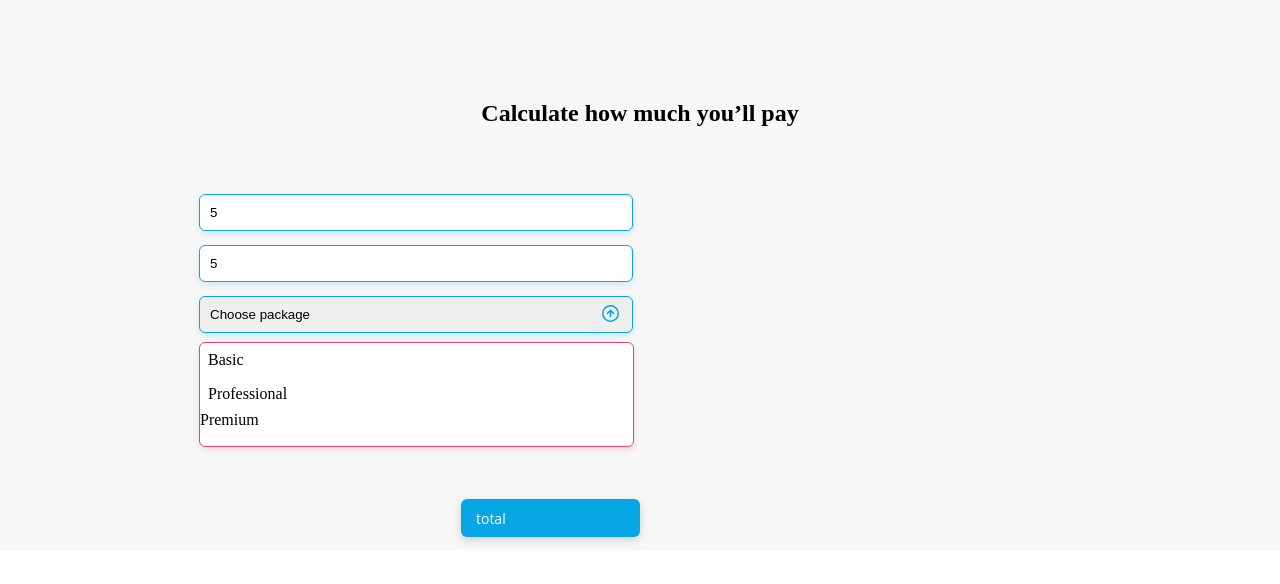
Repository: VolodymyrDubnytskyi/BestShop_project
Page: inedx2.html
An editor plug-in stored every save of this project. The page is shown before and after the next save, followed by the edit.
The browser window is 1280 px wide. The pictures show the whole page.
Empty fields were first filled with sample values (such as "Sample", 5 or name@example.com).
After loading, the first visible `#package` was clicked once.

Above is the page before, as saved 2020-01-03 21:08:57.

### inedx2.html
<!DOCTYPE html>
<html lang="en">

<head>
    <meta charset="UTF-8">
    <meta name="viewport" content="width=device-width, initial-scale=1.0">
    <meta http-equiv="X-UA-Compatible" content="ie=edge">
    <title>Document</title>

    <link rel="stylesheet" href="css/style.css">

</head>

<body>
    <div class="calculate-bg">
        <section class="calculate-main">
            <h2 class="calculate-heading">Calculate how much you’ll pay</h2>
            <form action="" class="calculate-form">

                <div class="calculate-box calculate-box-inputs">
                    <input type="number" name="productsQuantity" id="quantity">
                    <input type="number" name="ordersInmonth" id="inMonth">
                    <div class="custom-select-box">
                        <select name="package" id="package" class="selcet-package" aria-placeholder="Products quantity">
                                <option class="disable-option" disabled selected> Choose package</option>
                                <option value="basic">Basic</option>
                                <option value="professional">Professional</option>
                                <option value="premium">Premium</option>
                        </select>
                    </div>

                    <label class="container-new-chekbox">
                        <input type="checkbox" id="checkboxAccounting">
                        <span class="checkmark"></span>
                        Accounting
                    </label>
                    <label class="container-new-chekbox">
                        <input type="checkbox" name="" id="checkboxRental">
                        <span class="checkmark"></span>
                        Rental of a payment terminal
                    </label>

                    <button id="submit" class="btn-submit"> <span class="spant-total-btn">total</span><span
                            class="for-new-el"></span></button>

                </div>
            </form>
            <div class="calculate-box calculate-box-value">
                <div id="valueProducts">
                    <span id="products"></span>
                    <span id="productsCalculate"></span>
                    <span id="productsSum"></span>
                </div>
                <div id="valueOrders">
                    <span class="orders"></span>
                    <span class="ordersCalculate"></span>
                    <span class="ordersSum"></span>
                </div>
                <div id="valuePackage">
                    <span class="selectPackage"></span>
                    <span class="selectPackageCalculate"></span>
                    <span class=' selectPackageSum'></span>
                </div>
                <div id="valueAccounting">
                    <span class="accounting"></span>
                    <span class="accountingSum"></span>
                </div>
                <div id="valueTerminal">
                    <span class="terminal"></span>
                    <span class="terminalSum"></span>
                </div>
            </div>

        </section>

    </div>
    <script src="js/main.js"></script>
</body>

</html>

### css/style.css
* {
  box-sizing: border-box;
  text-decoration: none;
  margin: 0;
  padding: 0;
}

/* * HEADER SECTION */
header {
  background: url(../img/Background.png) no-repeat center bottom/contain;
  height: 912px;
  width: 100%;
}
.navbar-container {
  display: flex;
  justify-content: space-between;
  align-items: center;
  height: 100%;
}
.container {
  max-width: 1354px;
  margin: auto;
}
.navbar {
  background: #ffffff 0% 0% no-repeat padding-box;
  box-shadow: 0px 3px 6px #00000029;
  height: 70px;
  margin-bottom: 138px;
}
.ul-list-nav {
  display: flex;
}
.ul-list-nav li {
  margin: 0 47px;
}
.ul-list-nav li:last-child {
  margin-right: 0;
}
.ul-list-nav li a {
  font: Bold 11px/15px "Open Sans";
  letter-spacing: 3.28px;
  color: #a5a5a5;
  text-transform: uppercase;
  padding: 28px 0 25px 0;
}
.ul-list-nav li a:hover {
  border: none;
  border-bottom: 4px solid #08a6e4;
  color: #000;
}
.logo {
  text-align: left;
  font-size: 32px;
  font-family: "Raleway", sans-serif;
  letter-spacing: 0;
  color: #08a6e4;
  line-height: 38px;
}
/* rwd nav */
@media (max-width: 1200px) {
  .ul-list-nav li {
    margin: 0 27px;
  }
}

/* *Bg-img + h1 content */
.section-for-h1 {
  display: flex;
  justify-content: center;
  align-items: flex-start;
}
h1 {
  text-align: center;
  font: 49px/59px;
  font-size: 49px;
  line-height: 59px;
  font-weight: 550;
  font-family: "Raleway", sans-serif;
  letter-spacing: 0;
  color: #000000;
}
.text-under-h1-line {
  text-align: center;
  font: 400 16px/22px "Open Sans";
  letter-spacing: 0;
  color: #000000;
  margin: 20px 0 38px 0;
}
.open-your-shop-btn {
  background: #08a6e4 0% 0% no-repeat padding-box;
  box-shadow: 5px 10px 14px #07ace629;
  border-radius: 40px;
  font: Bold 16px/22px "Open Sans";
  letter-spacing: 0;
  color: #fff;
  padding: 23px 157px;
}
.open-your-shop-btn:hover {
  background: rgb(7, 134, 184);
  box-shadow: 5px 10px 14px rgba(5, 124, 167, 0.394);
}
/* bg-img */
.sales-platform {
  text-align: center;
  height: 454px;
}
.sales-platform-main-box {
  display: flex;
  justify-content: space-around;
  margin-top: 100px;
}
.sales-platform-boxes {
  position: relative;
  width: 167px;
  height: 176px;
}
.sales-platform-boxes * {
  padding: 10px;
}
.sales-platform-heading {
  flex-basis: 100%;
  text-align: center;
  font: 400 36px/43px "Raleway";
  letter-spacing: 0;
  color: #000000;
}

.circle {
  height: 62px;
  width: 62px;
  border-radius: 50%;
  margin: 10px auto;
}
.circle-red {
  background: #fb3b64 0% 0% no-repeat padding-box;
}
.circle-blue {
  background: #08a6e4 0% 0% no-repeat padding-box;
}
.circle-green {
  background: #55dfb4 0% 0% no-repeat padding-box;
}
/* icons absolute */
.img-absolut {
  position: absolute;
  right: 26px;
  top: 7px;
}
.absotul-img-mid {
  top: 12px;
}

.sales-platform-box-content {
  text-align: center;
  font: 400 17px/20px "Raleway";
  letter-spacing: 0;
  color: #a5a5a5;
}
/* Main */
main {
  background: #f7f7f7 0% 0% no-repeat padding-box;
  height: 1395px;
}
main hr {
  width: 328px;
  height: 0px;
  margin-left: 35px;
}
main h2 {
  text-align: left;
  font: 550 36px/43px "Raleway";
  letter-spacing: 0;
  color: #000000;
}
main p {
  text-align: left;
  font: 400 16px/22px "Open Sans";
  letter-spacing: 0;
  color: #000000;
}
.main-content-boxes {
  height: 370px;
  width: 100%;
  display: flex;
  background-color: #fff;
  margin-bottom: 37px;
  border: 1px solid #e8e9ed;
  border-radius: 5px;
}
.main-content-boxes:last-child {
  margin: 0;
}
.main-content-container {
  max-width: 1354px;
  height: 100%;
  padding: 105px 115px;
}
.main-content-info-box {
  width: 50%;
}
.main-content-img-box {
  width: 50%;
  position: relative;
  display: flex;
  justify-content: center;
}
.rhombus-div {
  width: 180px;
  height: 180px;
  transform: matrix(0.71, 0.71, -0.71, 0.71, 0, 0);
  background: #fb3b64 0% 0% no-repeat padding-box;
  border-radius: 41px;
  margin-left: 229px;
  margin-top: 68px;
}
.main-content-info-box h2 {
  padding: 97px 0 0 35px;
}
.main-content-info-box p {
  padding: 30px 133px 50px 35px;
}
.main-content-img {
  position: absolute;
  bottom: 0;
  padding-bottom: 10%;
}
.hr-for-first-box {
  border: 4px solid #fb3b64;
}
/* main rwd */
@media (max-width: 1200px) {
  .main-content-container {
    padding: 30px;
  }
}
@media (min-width: 800px) {
  /* .rhombus-div   */
}
/* Acrticle 2 in main ceontent */
.blue-circle {
  width: 320px;
  height: 320px;
  background: #07ace6 0% 0% no-repeat padding-box;
  border-radius: 50%;
}
.main-content-boxes .main-content-img-box:nth-child(1) {
  align-items: center;
  justify-content: center;
}
.main-content-img-phone {
  padding: 0;
  right: 0;
}
h2.main-h2-second-arcticle {
  padding: 75px 198px 0 35px;
}
.hr-for-second-box {
  border: 4px solid #08a6e4;
}
/* LAST BOXES */
.main-content-boxes-split-for-two {
  background-color: #f7f7f7;
  border: none;
}
.maint-contet-last-box-one {
  width: 623px;
  height: 370px;
  margin-right: 70px;
  background-color: #fff;
  border: 1px solid #e8e9ed;
  border-radius: 5px;
}
.maint-contet-last-box-second {
  width: 440px;
  height: 370px;
  background-color: #fff;
  border: 1px solid #e8e9ed;
  border-radius: 5px;
  background: #55dfb4 0% 0%;
  display: flex;
  justify-content: center;
  align-items: center;
}
.maint-contet-last-box-one > h2 {
  padding: 97px 159px 0 35px;
}
.maint-contet-last-box-one > p {
  padding: 30px 15px 40px 35px;
}
.maint-contet-last-box-one > hr {
  border: 4px solid #55dfb4;
}
/* FOOTER: SECTION WHITH PRICES AND FORM */
.pricing-section {
  text-align: center;
}
.pricing-section h2 {
  text-align: center;
  font: 400 36px/43px "Raleway";
  letter-spacing: 0;
  color: #000000;
  margin-top: 106px;
}
.pricing-box-main {
  display: flex;
  justify-content: space-around;
  align-items: center;
  height: 100%;
  margin-top: 50px;
}
.pricing-box-main .pricing-box:first-child {
  border: 1px solid #fb3b64;
}
.pricing-box-main .pricing-box:nth-child(2) {
  border: 1px solid #07ace6;
}
.pricing-box-main .pricing-box:last-child {
  border: 1px solid #55dfb4;
}
.pricing-box {
  height: 461px;
  width: 372px;
  border-radius: 18px;
  display: flex;
  flex-direction: column;
  justify-content: center;
  align-items: center;
}
.pricing-box h3 {
  text-align: left;
  font: Bold 20px/41px "Raleway";
  letter-spacing: 0;
  color: #13253b;
}
.pricing-box h4 {
  text-align: left;
  font: 300 46px/41px "Open Sans";
  letter-spacing: 0;
  color: #fb3b64;
  margin: 15px 0 60px 0;
}
.pricing-box-professional h4 {
  color: #07ace6;
}
.pricing-box-premium h4 {
  color: #55dfb4;
}

.pricing-box-content::before,
.pricing-box-content-dont-ofer::before {
  content: "\f00c";
  font-size: 6px;
  font-weight: bold;
  font-family: "Font Awesome 5 Free";
  border: 1px solid #55dfb4;
  margin-right: 7px;
  padding: 2px;
  border-radius: 2px;
  color: #55dfb4;
}
.pricing-box-content-dont-ofer::before {
  content: "\f00d";
  border: 1px solid #eb476e;
  color: #eb476e;
}
.pricing-box-content {
  font: 400 14px/41px "Open Sans";
  letter-spacing: 0;
  color: #000000;
}
.pricing-box .heading-after-limited-offer::after {
  content: "limited ofer";
  font: Bold 12px/1px "Raleway";
  letter-spacing: 0;
  color: #13253b;
  display: block;
  margin-top: 7px;
}
.pricing-box-professional {
  height: 500px;
  width: 405px;
  box-shadow: 5px 10px 27px #07ace629;
}
.pricing-box-professional:hover {
  box-shadow: 5px 10px 34px rgba(6, 125, 169, 0.401);
}
.pricing-box-main .pricing-box-basic:hover {
  box-shadow: 0px 5px 15px #fb3b64;
}
.pricing-box-main .pricing-box-premium:hover {
  box-shadow: 0px 5px 15px #55dfb4;
}
.begin-links {
  text-align: left;
  font: Bold 13px/41px "Open Sans";
  letter-spacing: 0;
  color: #ffffff;
  background: #eb476e 0% 0% no-repeat padding-box;
  border-radius: 23px;
  width: 150px;
  padding: 2px;
  text-align: center;
  position: relative;
  top: 40px;
}
.begin-links-professional {
  top: 59px;
  background: #07ace6;
  box-shadow: 5px 10px 14px #07ace629;
}
.begin-links-premium {
  background: #55dfb4;
}
.begin-links-basic:hover {
  background: linear-gradient(rgb(184, 56, 86), #eb476e);
}
.begin-links-professional:hover {
  background: linear-gradient(rgb(5, 111, 150), #07ace6);
}
.begin-links-premium:hover {
  background: linear-gradient(rgb(61, 165, 132), #55dfb4);
}

/* * FORM AND CONTACT SECTION */
.form-main {
  height: 721px;
  display: flex;
  justify-content: center;
  align-items: center;
}
.form-and-questions-box {
  display: flex;
  width: 896px;
}
.questions-box {
  display: flex;
  flex-wrap: wrap;
  flex-basis: 50%;
  height: 210px;
}
.form-box {
  flex-basis: 50%;
}
.form-box form {
  flex-basis: 50%;
  display: flex;
  flex-direction: column;
}
.questions-box h2 {
  font: 550 49px/59px "Raleway";
  letter-spacing: 0;
  color: #000000;
  margin-bottom: 22px;
  flex-basis: 100%;
}
.questions-box p {
  font: 500 16px/22px "Open Sans";
  letter-spacing: 0;
  color: #000000;
  margin-bottom: 42px;
  flex-basis: 100%;
}
.questions-box span {
  font: 500 16px/22px "Open Sans";
  letter-spacing: 0;
  color: #a5a5a5;
  display: flex;
  justify-content: center;
  align-items: center;
}
.questions-box .mail-icon::before {
  content: url(../img/Mail\Icon.svg);
  padding-right: 12px;
}
.questions-box .phone-icon::before {
  content: url(../img/Phone\Icon.svg);
  padding-right: 10px;
  margin-left: 24px;
}
/* Form */
form input:nth-child(2n) {
  padding: 20px;
  border: none;
  border-bottom: 1px solid #95989a;
  margin-bottom: 35px;
}
.i-agree-terms {
  display: flex;
}
.container-new-chekbox {
  display: block;
  position: relative;
  margin-right: 35px;
  margin-bottom: 12px;
  cursor: pointer;
  font-size: 22px;
  user-select: none;
}
.container-new-chekbox input {
  position: absolute;
  opacity: 0;
  cursor: pointer;
  height: 0;
  width: 0;
}
.checkmark {
  position: absolute;
  top: 0;
  left: 0;
  height: 25px;
  width: 25px;
  border: 1px solid #95989a;
}
.checkmark:after {
  content: "";
  position: absolute;
  display: none;
}
.container-new-chekbox input:checked ~ .checkmark:after {
  display: block;
}
.container-new-chekbox .checkmark:after {
  left: 4px;
  top: 4px;
  width: 70%;
  height: 70%;
  background: url(../img/Checkmark.svg) no-repeat center/cover;
}
.i-agree-terms div {
  text-align: left;
  font: 400 12px/17px "Open Sans";
  letter-spacing: 0;
  color: #707070;
}
.lables {
  text-align: left;
  font: Bold 11px/15px "Open Sans";
  letter-spacing: 3.28px;
  color: #08a6e4;
  text-transform: uppercase;
}

.btn-send {
  box-shadow: 5px 10px 14px #07ace629;
  border-radius: 35px;
  background: #08a6e4;
  padding: 20px 97px;
  font: Bold 13px/18px "Open Sans";
  letter-spacing: 0;
  color: #fff;
  border: none;
  margin-top: 25px;
}
.btn-send:hover {
  background: linear-gradient(90deg, rgba(2, 0, 36, 1) 0%, rgba(9, 9, 121, 1) 4%, rgba(8, 166, 228, 1) 100%);
}
.button-box {
  display: flex;
  justify-content: flex-end;
}
.social-networks-main {
  width: 100%;
  height: 89px;
  background: #f7f7f7;
  box-shadow: 0px -5px 40px #00000029;
}
.social-networks-box {
  height: 100%;
  display: flex;
  justify-content: space-between;
  align-items: center;
}
.logo-footer {
  font: 300 26px/31px "Raleway";
}
.social-networks-logo > p {
  font: 400 11px/15px "Open Sans";
  letter-spacing: 0;
  color: #a5a5a5;
  margin-top: 6px;
}
.social-networks-links a:first-child {
  margin-right: 20px;
}
.social-networks-links a:hover {
  cursor: pointer;
}

/* ///////////////////////////////////////////// */

.calculate-bg {
  background: #f7f7f7;
  display: flex;
  justify-content: center;
  align-items: center;
  height: 550px;
}
.calculate-main {
  display: flex;
  justify-content: center;
  align-items: center;
  flex-wrap: wrap;
  flex-basis: 70%;
  position: relative;
  height: 350px;
}
.calculate-form {
  display: flex;
  flex-basis: 50%;
  height: 100%;
}
.calculate-heading {
  flex-basis: 100%;
  text-align: center;
  margin-bottom: 60px;
}
.calculate-box {
  flex-basis: 50%;
  display: flex;
  flex-direction: column;
  background: #f7f7f7;
}
.calculate-box-value {
  height: 100%;
  padding-left: 50px;
}
.calculate-box-inputs {
  flex-basis: 100%;
  position: relative;
}
.calculate-form .calculate-box-inputs input,
.calculate-form .calculate-box-inputs select {
  margin: 7px;
  padding: 10px;
  border: 1px solid #08a6e4;
  box-shadow: 0px 3px 6px #08a6e429;
  border-radius: 6px;
}
.calculate-form .calculate-box-inputs div {
  margin: 7px;
}
.calculate-form .calculate-box-inputs select {
  margin: 0;
  width: 100%;
  outline: none;
}

.calculate-box-value div {
  display: none;
  justify-content: space-between;
  align-items: center;
  background: #55dfb4;
  box-shadow: 0px 3px 6px #00000029;
  border-radius: 6px;
  margin: 3px;
  padding: 10px;
  height: 32px;
  border: none;
  font: 400 14px/19px "Open Sans";
  letter-spacing: 0;
  color: #ffffff;
}
.btn-submit {
  background: #08a6e4;
  box-shadow: 0px 3px 8px #00000029;
  border-radius: 6px;
  border: none;
  width: 179px;
  height: 38px;
  position: absolute;
  right: 0;
  bottom: 0;
  display: flex;
  justify-content: space-between;
  align-items: center;
  padding: 5px 15px;
}
.btn-submit span {
  font: 400 14px/19px "Open Sans";
  letter-spacing: 0;
  color: #ffffff;
}
.btn-submit span:last-child {
  font: Bold 20px/27px "Open Sans";
}

.calculate-box .container-new-chekbox {
  margin: 7px;
  padding-left: 36px;
}
.selcet-package {
  background-image: url(../img/Arrow\Down.svg);
  background-repeat: no-repeat;
  background-size: 4%;
  background-position-x: 97%;
  background-position-y: 45%;
  -webkit-appearance: none;
}
.selcet-package-activ-arrow {
  background-image: url(../img/method-draw-image.svg);
  background-repeat: no-repeat;
  background-size: 4%;
  background-position-x: 97%;
  background-position-y: 45%;
  -webkit-appearance: none;
}

.disable-option span {
  font: 400 13px/18px "Open Sans";
  letter-spacing: 0;
  color: #a5a5a5;
}

#valueProducts {
  display: none;
}

/*
 */

.select-option-custome {
  position: absolute;
  background: #ffffff 0% 0% no-repeat padding-box;
  box-shadow: 0px 3px 6px #eb476e29;
  border: 1px solid #eb476e;
  border-radius: 6px;
  width: 97%;
  height: 105px;
  z-index: 2;
  display: flex;
  flex-direction: column;
  bottom: 83px;
}
.select-option-custome .span-select {
  padding: 8px;
  /* display: block; */
}

### js/main.js
document.addEventListener('DOMContentLoaded', function () {
    // basic
    const body = document.querySelector("body");
    // inputs " Calculate how much you’ll pay "
    const quantity = document.querySelector("#quantity");
    const inMonth = document.querySelector("#inMonth");
    const select = document.querySelector("#package");
    const submit = document.querySelector("#submit");
    const form = document.querySelector(".calculate-form");
    const calculateBoxInputs = document.querySelector(".calculate-box-inputs");
    // boxes where is will be sum of input value
    // oreders price
    const orders = document.querySelector(".orders");
    const ordersCalculate = document.querySelector(".ordersCalculate");
    const ordersSum = document.querySelector(".ordersSum");
    // select package price
    const selectPackage = document.querySelector(".selectPackage");
    const selectPackageCalculate = document.querySelector(".selectPackageCalculate");
    const selectPackageSum = document.querySelector(".selectPackageSum");
    // accounting price
    const accountingEl = document.querySelector(".accounting");
    const accountingSum = document.querySelector(".accountingSum");
    // terminal price
    const terminalEl = document.querySelector(".terminal");
    const terminalSum = document.querySelector(".terminalSum");
    // span
    const newElSpan = document.querySelector(".for-new-el");
    // else
    const spantTotal = document.querySelector(".spant-total-btn");
    const perProduct = 0.5;
    const perDay = 0.25;
    const accounting = 35;
    const terminal = 5;




    quantity.addEventListener('keyup', function () {
        if (quantity.value === '' || quantity.value === null || quantity.value === undefined || quantity.value <= 0) {
            valueProducts.style.display = 'none';
        } else {
            valueProducts.style.display = 'flex';
            const sumQuantity = quantity.value * perProduct;
            products.innerText = "Products";
            productsCalculate.innerText = quantity.value + " " + "*" + " " + perProduct;
            productsSum.innerText = "$ " + sumQuantity;
        }

    })
    inMonth.addEventListener('keyup', function () {
        if (inMonth.value === '' || inMonth.value === null || inMonth.value === undefined || inMonth.value <= 0) {
            valueOrders.style.display = 'none';
        } else {
            valueOrders.style.display = 'flex';
            const suminMonth = inMonth.value * perDay;
            orders.innerText = "Orders";
            ordersCalculate.innerText = inMonth.value + " " + "*" + " " + perDay;
            ordersSum.innerText = "$" + suminMonth;

        }
    })



    select.addEventListener('change', function () {
        console.log('do');
        let count = 0;

        if (select.value === "professional") {
            count = 25;
        } else if (select.value === 'premium') {
            count = 60;
        }
        valuePackage.style.display = 'flex';
        selectPackage.innerText = 'Package';
        selectPackageCalculate.innerText = select.value.charAt(0).toUpperCase() + select.value.slice(1);
        selectPackageSum.innerText = " $ " + count;
    })

    select.addEventListener('click', function () {
        if (select.className === 'selcet-package selcet-package-activ-arrow') {
            select.classList.remove('selcet-package-activ-arrow');
        } else {
            select.classList.add('selcet-package-activ-arrow');
            let box = document.createElement('div');
            box.classList.add('select-option-custome');
            let span1 = document.createElement('span');
            span1.classList.add('span-select');
            span1.innerText = 'Basic';
            let span2 = document.createElement('span');
            span2.classList.add('span-select');
            span2.innerText = 'Professional';
            let span3 = document.createElement('span');
            span2.classList.add('span-select');
            span3.innerText = 'Premium';
            box.appendChild(span1);
            box.appendChild(span2);
            box.appendChild(span3);
            calculateBoxInputs.appendChild(box);


        }

    })


        form.addEventListener('submit', function (e) {
            e.preventDefault();

            const sumQuantity = quantity.value * perProduct;
            products.innerText = "Products";
            productsCalculate.innerText = quantity.value + " " + "*" + " " + perProduct;
            productsSum.innerText = "$ " + sumQuantity;


            const suminMonth = inMonth.value * perDay;
            orders.innerText = "Orders";
            ordersCalculate.innerText = inMonth.value + " " + "*" + " " + perDay;
            ordersSum.innerText = "$" + suminMonth;


            // select section
            let count = 0;

            if (select.value === "professional") {
                count = 25;
            } else if (select.value === 'premium') {
                count = 60;
            }
            selectPackage.innerText = 'Package';
            selectPackageCalculate.innerText = select.value.charAt(0).toUpperCase() + select.value.slice(1);
            selectPackageSum.innerText = " $ " + count;


            // checkbox section
            if (checkboxAccounting.checked) {
                accountingEl.innerText = " Accounting";
                accountingSum.innerText = " $ " + accounting;
            }
            if (checkboxRental.checked) {
                terminalEl.innerText = " Terminal";
                terminalSum.innerText = " $ " + terminal;
            }
            // submit total section

            let submitSum = sumQuantity + suminMonth + count + accounting + terminal;
            newElSpan.innerText = "$" + submitSum;
            // if( newSpanTotal.innerText === )


            // submit.innerText = spantTotal.innerText + " $" + newElSpan;


        });
});

After the next save:
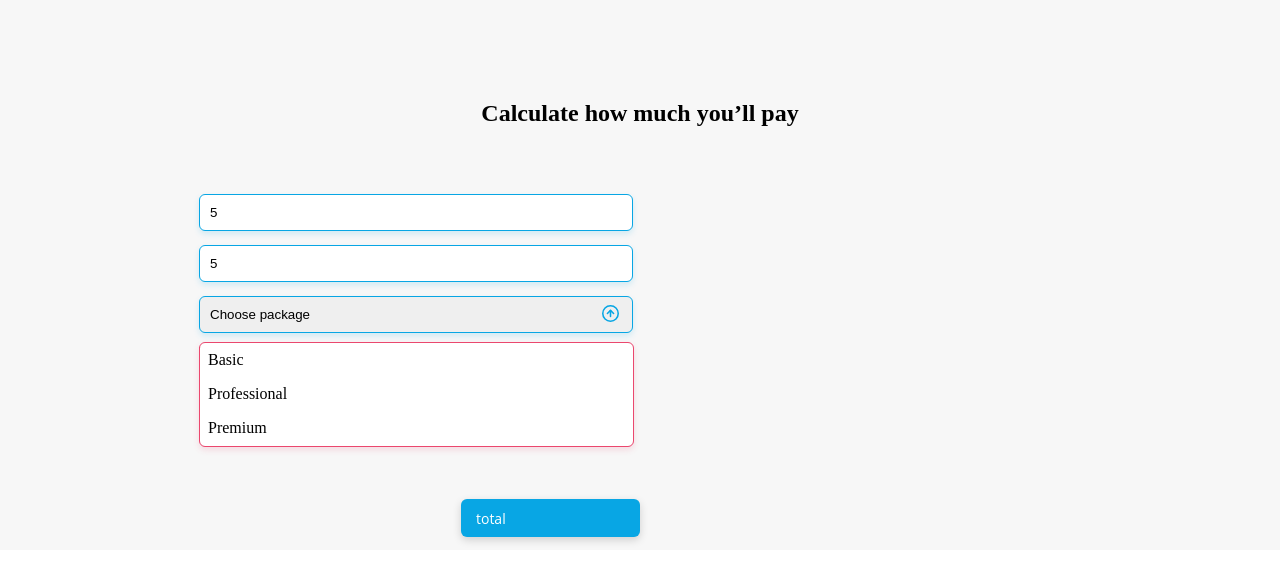
Saved 4 s later.
--- a/js/main.js
+++ b/js/main.js
@@ -91,7 +91,7 @@ document.addEventListener('DOMContentLoaded', function () {
             span2.classList.add('span-select');
             span2.innerText = 'Professional';
             let span3 = document.createElement('span');
-            span2.classList.add('span-select');
+            span3.classList.add('span-select');
             span3.innerText = 'Premium';
             box.appendChild(span1);
             box.appendChild(span2);
